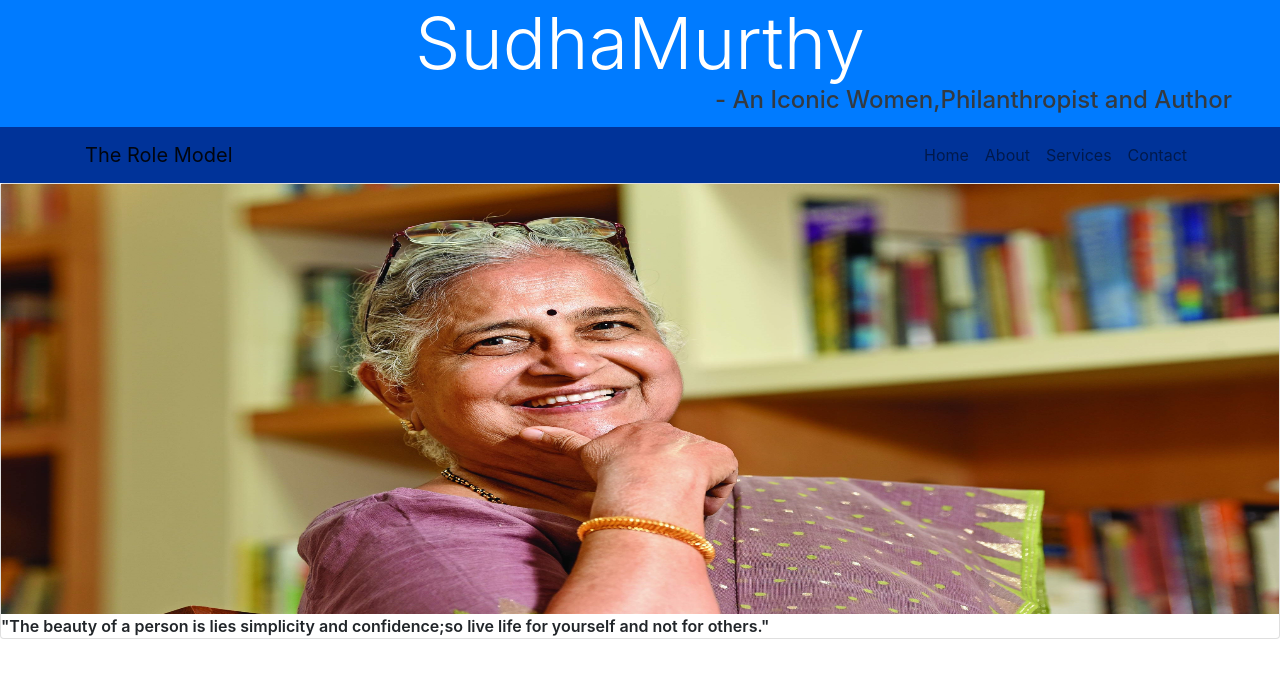
Repository: sumanthr18/RoleModel
Page: index.html
An editor plug-in stored every save of this project. The page is shown before and after the next save, followed by the edit.
The browser window is 1280 px wide. The pictures show the whole page.

Above is the page before, as saved 2020-03-14 17:13:03.

### index.html
<!DOCTYPE html>
<html lang="en">
<head>
    <meta charset="UTF-8">
    <meta name="viewport" content="width=device-width, initial-scale=1.0">
    <title>SudhaMurthy</title>
    <link rel="stylesheet" href="https://stackpath.bootstrapcdn.com/bootstrap/4.4.1/css/bootstrap.min.css" integrity="sha384-Vkoo8x4CGsO3+Hhxv8T/Q5PaXtkKtu6ug5TOeNV6gBiFeWPGFN9MuhOf23Q9Ifjh" crossorigin="anonymous">
</head>
<body>
    <header class="bg-primary pb-1">
        <h1 class="display-3 text-center my-0 text-white ">SudhaMurthy</h1>
        <h4 class="text-right mr-5 text-dark">- An Iconic Women,Philanthropist and Author</h4>
    </header>
    <nav style="background-color: #003399;" class="navbar navbar-expand-sm navbar-light mb-0">
        <div class="container">
            <a class="navbar-brand " href="#">The Role Model</a>
            <button class="navbar-toggler" data-toggle="collapse" data-target="#navbarNav">
                <span class="navbar-toggler-icon"></span>
            </button>
            <div class="collapse navbar-collapse" id="navbarNav">
                <ul class="navbar-nav ml-auto">
                    <li class="nav-item">
                        <a class="nav-link" href="#">Home</a>
                    </li>
                    <li class="nav-item">
                        <a class="nav-link" href="#">About</a>
                    </li>
                    <li class="nav-item">
                        <a class="nav-link" href="#">Services</a>
                    </li>
                    <li class="nav-item">
                        <a class="nav-link" href="#">Contact</a>
                    </li>
                </ul>
            </div>
        </div>
    </nav>
    <div class="card">
        <img class="" style="width:100%;height:430px" src="Sudha_Murty_1-update.jpg">
        <div style="font-weight: 600;">"The beauty of a person is lies simplicity and confidence;so live life for yourself and not for others."</div>
    </div>
</body>
</html>

After the next save:
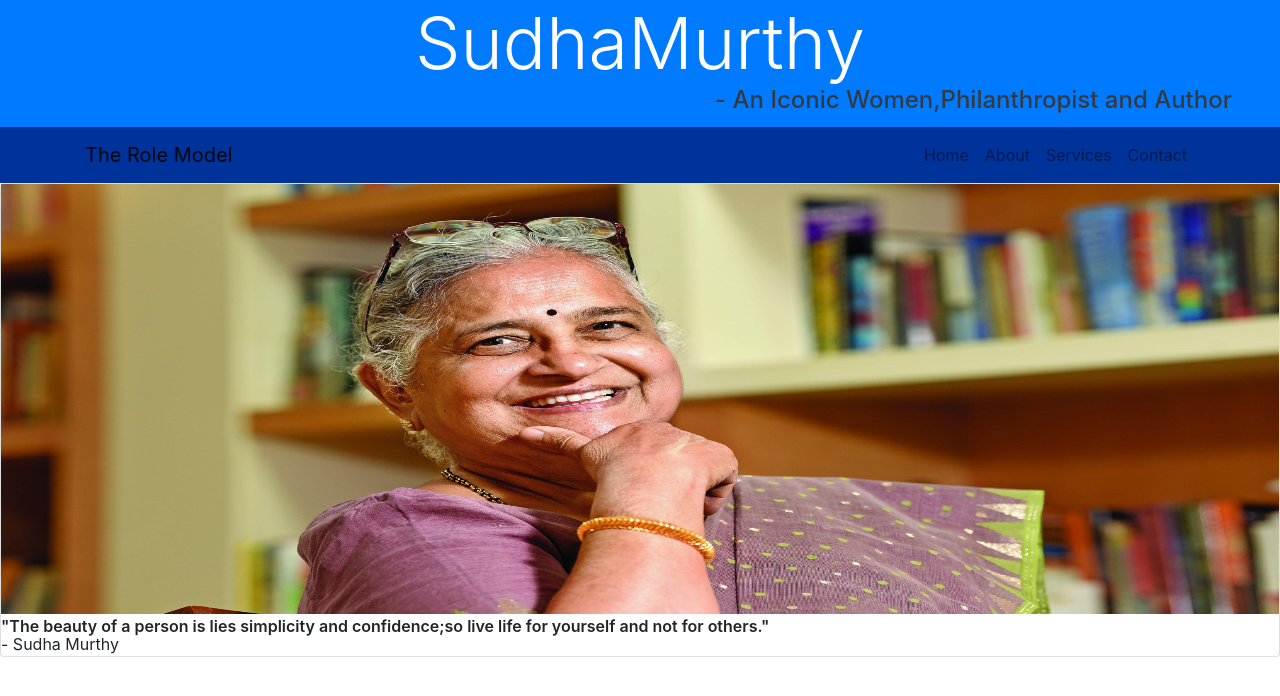
Saved 46 s later.
--- a/index.html
+++ b/index.html
@@ -38,6 +38,7 @@
     <div class="card">
         <img class="" style="width:100%;height:430px" src="Sudha_Murty_1-update.jpg">
         <div style="font-weight: 600;">"The beauty of a person is lies simplicity and confidence;so live life for yourself and not for others."</div>
+        <div class="card-subtitle">- Sudha Murthy</div>
     </div>
 </body>
 </html>
